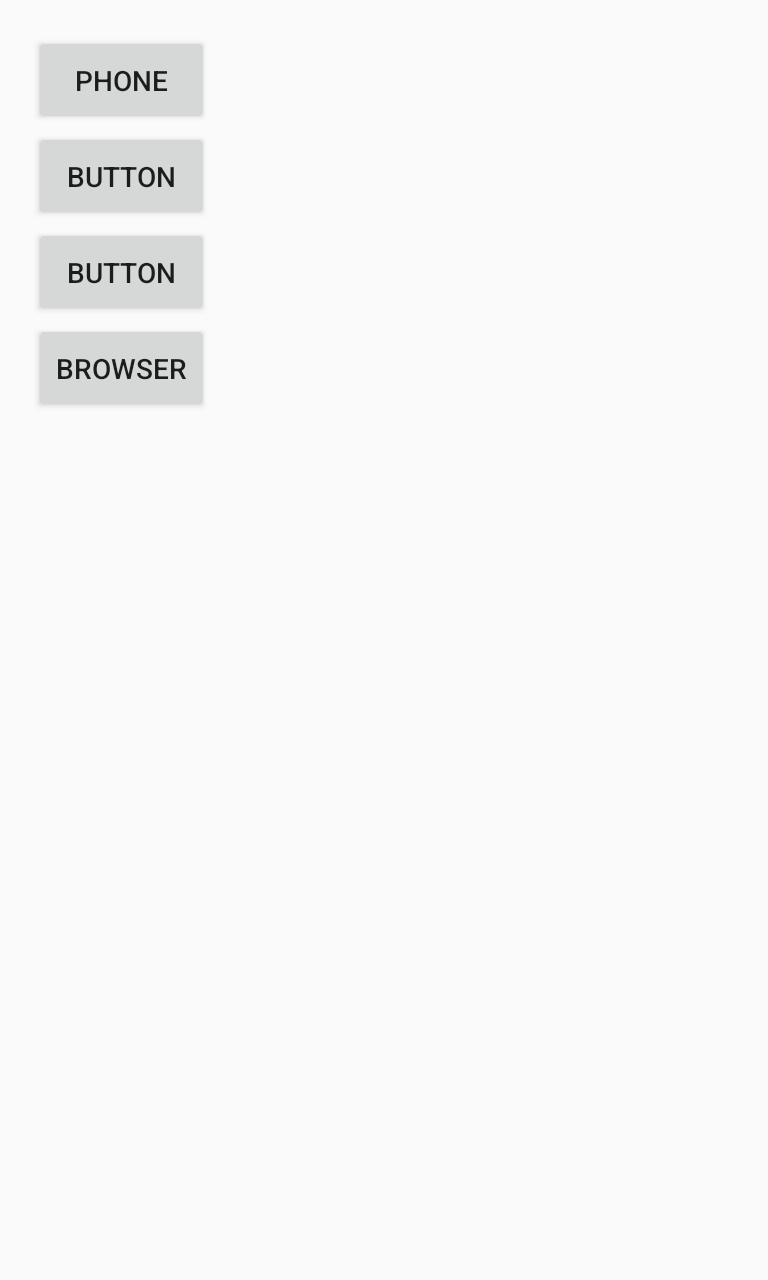
Repository: PaddyWilson/APPD2000
Layout: evilIntent/res/layout/activity_main.xml
These files come from the project's save history. The layout is drawn as it stood at one moment and after the next save; the edit follows.
It is drawn on a 768 x 1280 px phone screen (xhdpi) without system bars, with theme AppTheme; the app's code is not run.

Above is the layout before, as saved 2014-09-24 13:36:28.

### evilIntent/res/layout/activity_main.xml
<TableLayout xmlns:android="http://schemas.android.com/apk/res/android"
    xmlns:tools="http://schemas.android.com/tools"
    android:id="@+id/TableLayout1"
    android:layout_width="match_parent"
    android:layout_height="match_parent"
    android:paddingBottom="@dimen/activity_vertical_margin"
    android:paddingLeft="@dimen/activity_horizontal_margin"
    android:paddingRight="@dimen/activity_horizontal_margin"
    android:paddingTop="@dimen/activity_vertical_margin"
    tools:context="com.example.evilintent.MainActivity" >

    <TableRow
        android:id="@+id/tableRow1"
        android:layout_width="wrap_content"
        android:layout_height="wrap_content" >

        <Button
            android:id="@+id/button1"
            android:layout_width="wrap_content"
            android:layout_height="wrap_content"
            android:text="phone" />

    </TableRow>

    <TableRow
        android:id="@+id/tableRow2"
        android:layout_width="wrap_content"
        android:layout_height="wrap_content" >

        <Button
            android:id="@+id/button2"
            android:layout_width="wrap_content"
            android:layout_height="wrap_content"
            android:text="Button" />

    </TableRow>

    <TableRow
        android:id="@+id/tableRow3"
        android:layout_width="wrap_content"
        android:layout_height="wrap_content" >

        <Button
            android:id="@+id/button3"
            android:layout_width="wrap_content"
            android:layout_height="wrap_content"
            android:text="Button" />

    </TableRow>

    <TableRow
        android:id="@+id/tableRow4"
        android:layout_width="wrap_content"
        android:layout_height="wrap_content" >

        <Button
            android:id="@+id/btnBrowser"
            android:layout_width="wrap_content"
            android:layout_height="wrap_content"
            android:text="Browser" />

    </TableRow>

</TableLayout>

Loaded but not shown: evilIntent/res/values/styles.xml (common file); evilIntent/res/values-v11/styles.xml (common file); evilIntent/res/values-v14/styles.xml (common file); evilIntent/res/values/dimens.xml (common file); evilIntent/res/values-w820dp/dimens.xml (common file)

After the next save:
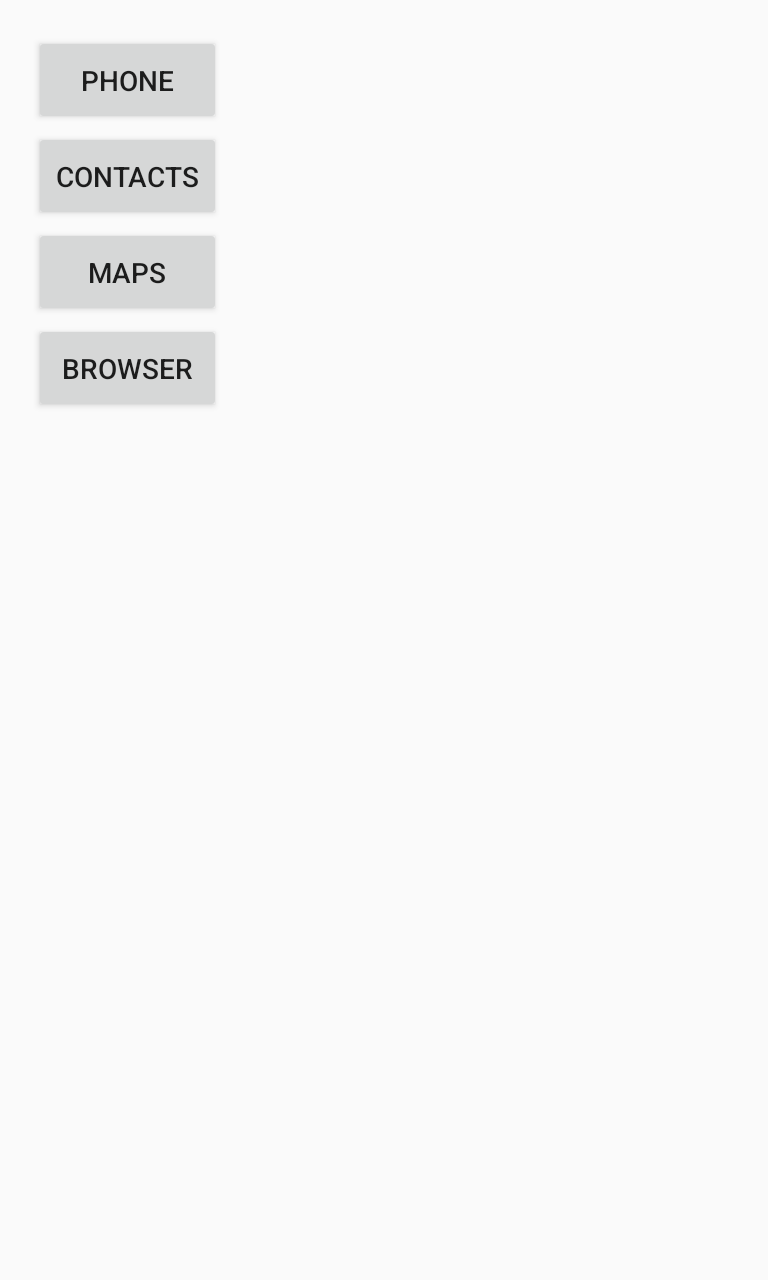
Saved 6 min 44 s later.
--- a/evilIntent/res/layout/activity_main.xml
+++ b/evilIntent/res/layout/activity_main.xml
@@ -31,7 +31,7 @@
             android:id="@+id/button2"
             android:layout_width="wrap_content"
             android:layout_height="wrap_content"
-            android:text="Button" />
+            android:text="contacts" />
 
     </TableRow>
 
@@ -44,7 +44,7 @@
             android:id="@+id/button3"
             android:layout_width="wrap_content"
             android:layout_height="wrap_content"
-            android:text="Button" />
+            android:text="maps" />
 
     </TableRow>
 
